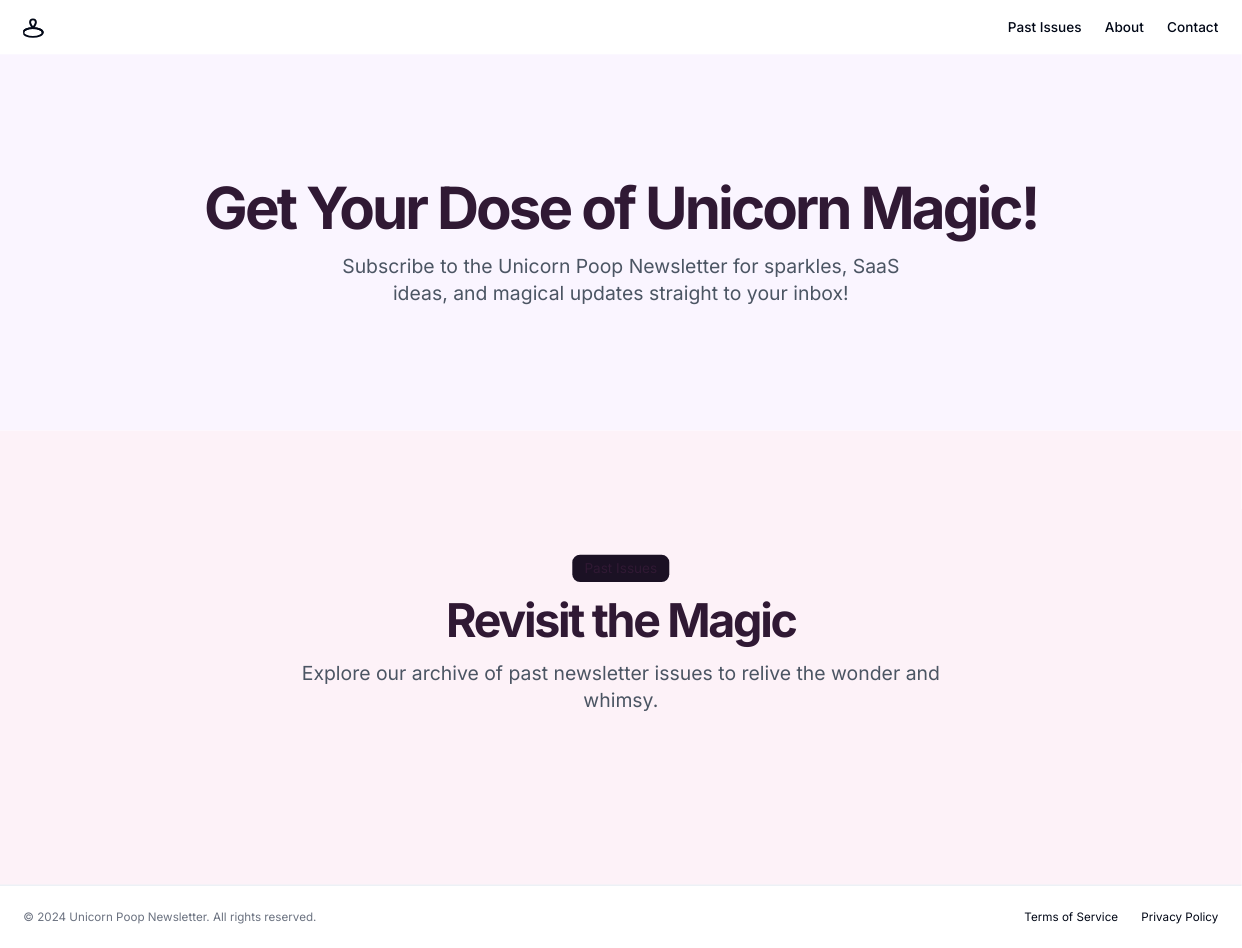
Repository: djdjdallas/unicorn-poop-newsletter
Page: /
The author's editor kept a copy of each file at every save. The page is drawn from the files as they stood at one save, then again after the next save.
The browser window is 1280 px wide. The pictures show the whole page, at 97% of full size.
The page's requests for data from a server got no answer. The project was rebuilt for these pictures with package versions that can differ from the ones it lists, and the page was loaded fresh each time. The framework's server and built-in components were replaced by stand-ins that run in the browser. No one was signed in, and anything a server would have sent is missing. Also part of the build but not shown: next.config.mjs, src/lib/utils.js, src/components/ui/input.jsx, src/components/ui/button.jsx, src/components/ui/card.jsx.

Above is the page before, as saved 2024-08-10 10:58:28.

After the next save:
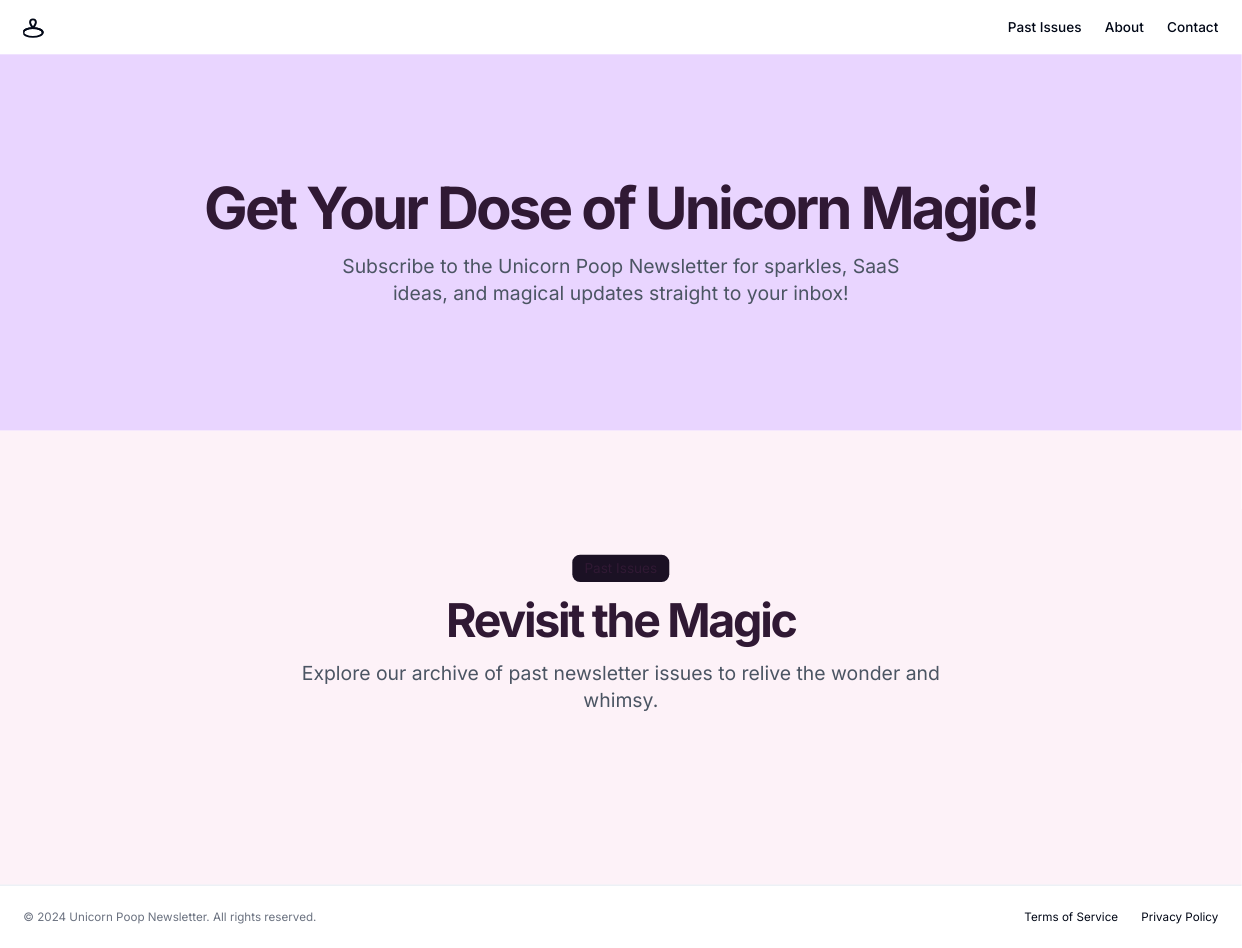
Saved 15 s later.
--- a/src/app/page.js
+++ b/src/app/page.js
@@ -83,7 +83,7 @@ export default async function Home() {
       </header>
 
       <main className="flex-1">
-        <section className="w-full py-12 md:py-24 lg:py-32 bg-purple-50">
+        <section className="w-full py-12 md:py-24 lg:py-32 bg-purple-200">
           <div className="container px-4 md:px-6 space-y-8 lg:space-y-12">
             <div className="flex flex-col items-center justify-center text-center space-y-4">
               <h1 className="text-3xl font-bold tracking-tighter sm:text-4xl md:text-5xl lg:text-6xl text-[#301934]">
